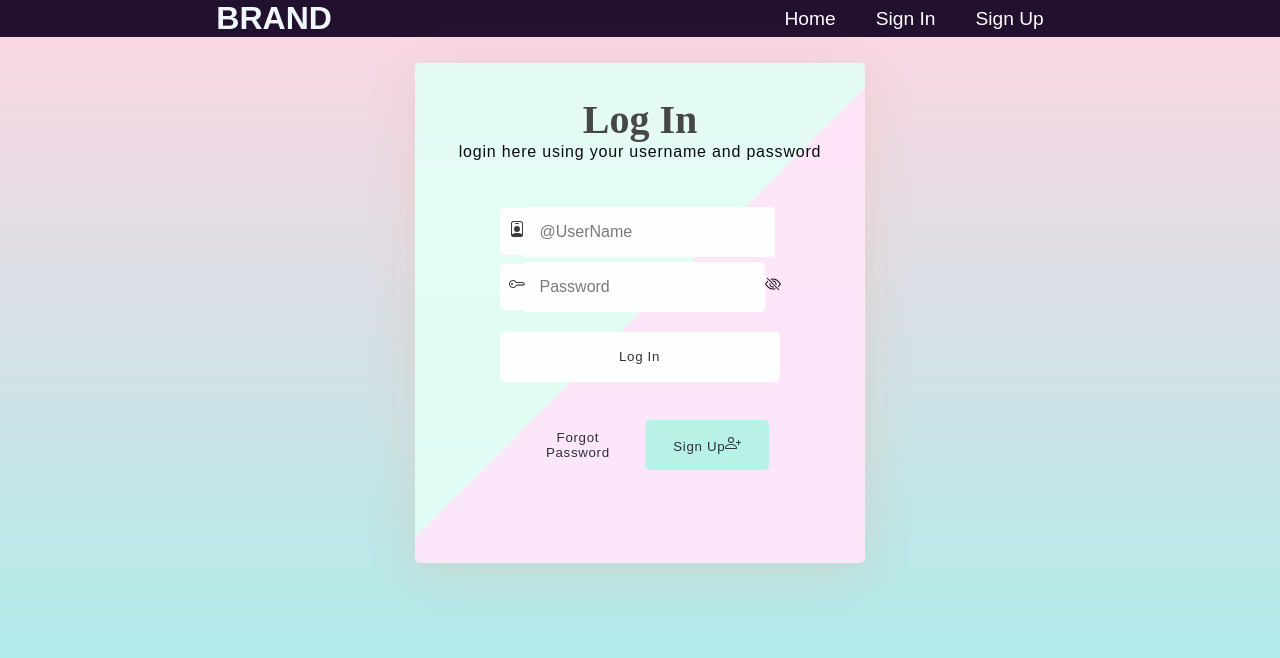
Repository: code-mtaani/ojwang-frontend
Page: /signup
An editor plug-in stored every save of this project. The page is shown before and after the next save, followed by the edit.
The browser window is 1280 px wide. The pictures show the whole page.
The project was rebuilt for these pictures with package versions that can differ from the ones it lists, and the page was loaded fresh each time. Also part of the build but not shown: vite.config.ts, src/Pages/HomePage/Home.pages.tsx, src/Pages/SignIn/SignIn.pages.tsx.

Above is the page before, as saved 2023-02-01 10:19:32.

### src/App.tsx
import { BrowserRouter as Router, Routes, Route } from "react-router-dom";

import Navigation from "./Components/Nav";
import Home from './Pages/HomePage'
import SignIn from "./Pages/SignIn";
import SignUp from "./Pages/SignUp"

function App() {
  return (
    <Router>
      <div className="App">
        <Navigation />
        <Routes>
          <Route path="/" element={<Home />} />
          <Route path="/signin" element={<SignIn/>} />
          <Route path="/signup" element={<SignUp/>} />
        </Routes>
      </div>
    </Router>
  );
}

export default App;

### src/index.css
body {
  margin: 0;
  padding: 0;
  min-width: 320px;
  min-height: 100vh;
  box-sizing: border-box;
}

### src/Components/Nav/index.js
export {default} from './Navigation.component'

### src/Pages/HomePage/index.ts
export { default } from "./Home.pages";

### src/Pages/SignIn/index.ts
export { default } from './SignIn.pages'

### src/Pages/SignUp/index.ts
export {default} from './SignUp.pages'

### src/Components/Nav/Navigation.component.tsx
import React from "react";
import {Link} from "react-router-dom"
import './nav.css'

const Navigation = () => {
  return (
    <nav className="navbar">
      <div className="left">
        <h1><Link to="/"> BRAND </Link></h1>
      </div>

      <div className="right">
        <input type="checkbox" id="check" />
        <label htmlFor="check" className="checkBtn">
          <svg
            xmlns="http://www.w3.org/2000/svg"
            width="30"
            height="30"
            fill="currentColor"
            className="bi bi-justify"
            viewBox="0 0 16 16"
          >
            <path
              fillRule="evenodd"
              d="M2 12.5a.5.5 0 0 1 .5-.5h11a.5.5 0 0 1 0 1h-11a.5.5 0 0 1-.5-.5zm0-3a.5.5 0 0 1 .5-.5h11a.5.5 0 0 1 0 1h-11a.5.5 0 0 1-.5-.5zm0-3a.5.5 0 0 1 .5-.5h11a.5.5 0 0 1 0 1h-11a.5.5 0 0 1-.5-.5zm0-3a.5.5 0 0 1 .5-.5h11a.5.5 0 0 1 0 1h-11a.5.5 0 0 1-.5-.5z"
            />
          </svg>
        </label>

        <ul className="list">
          <li> <Link to="/">Home</Link></li>
          <li> <Link to="/signin">Sign In</Link></li>
          <li> <Link to="signup">Sign Up</Link></li>
        </ul>
      </div>
    </nav>
  );
};

export default Navigation;

### src/Pages/SignUp/SignUp.pages.tsx
import React from "react";
import "./Signup.css";

const SignUp = () => {
  return (
    <div className="overlay">
      <form>
        {/* con = Container  for items in the form */}
        <div className="con">
          {/* <!--     Start  header Content  --> */}
          <header className="head-form">
            <h2>Log In</h2>
            {/* <!--     A welcome message or an explanation of the login form --> */}
            <p>login here using your username and password</p>
          </header>
          {/* End  header Content */}
          <br />
          <div className="field-set">
            {/*user name */}
            <span className="input-item">
              <svg
                xmlns="http://www.w3.org/2000/svg"
                width="16"
                height="16"
                fill="currentColor"
                className="bi bi-person-badge"
                viewBox="0 0 16 16"
              >
                <path d="M6.5 2a.5.5 0 0 0 0 1h3a.5.5 0 0 0 0-1h-3zM11 8a3 3 0 1 1-6 0 3 3 0 0 1 6 0z" />
                <path d="M4.5 0A2.5 2.5 0 0 0 2 2.5V14a2 2 0 0 0 2 2h8a2 2 0 0 0 2-2V2.5A2.5 2.5 0 0 0 11.5 0h-7zM3 2.5A1.5 1.5 0 0 1 4.5 1h7A1.5 1.5 0 0 1 13 2.5v10.795a4.2 4.2 0 0 0-.776-.492C11.392 12.387 10.063 12 8 12s-3.392.387-4.224.803a4.2 4.2 0 0 0-.776.492V2.5z" />
              </svg>
            </span>
            {/* user name Input */}
            <input
              className="form-input"
              id="txt-input"
              type="text"
              placeholder="@UserName"
              required
            />

            <br />

            {/*Password */}

            <span className="input-item">
              <svg
                xmlns="http://www.w3.org/2000/svg"
                width="16"
                height="16"
                fill="currentColor"
                className="bi bi-key"
                viewBox="0 0 16 16"
              >
                <path d="M0 8a4 4 0 0 1 7.465-2H14a.5.5 0 0 1 .354.146l1.5 1.5a.5.5 0 0 1 0 .708l-1.5 1.5a.5.5 0 0 1-.708 0L13 9.207l-.646.647a.5.5 0 0 1-.708 0L11 9.207l-.646.647a.5.5 0 0 1-.708 0L9 9.207l-.646.647A.5.5 0 0 1 8 10h-.535A4 4 0 0 1 0 8zm4-3a3 3 0 1 0 2.712 4.285A.5.5 0 0 1 7.163 9h.63l.853-.854a.5.5 0 0 1 .708 0l.646.647.646-.647a.5.5 0 0 1 .708 0l.646.647.646-.647a.5.5 0 0 1 .708 0l.646.647.793-.793-1-1h-6.63a.5.5 0 0 1-.451-.285A3 3 0 0 0 4 5z" />
                <path d="M4 8a1 1 0 1 1-2 0 1 1 0 0 1 2 0z" />
              </svg>
            </span>
            {/*Password Input */}
            <input
              className="form-input"
              type="password"
              placeholder="Password"
              id="pwd"
              name="password"
              required
            />

            {/*  Show/hide password */}
            <span>
              <svg
                xmlns="http://www.w3.org/2000/svg"
                width="16"
                height="16"
                fill="currentColor"
                className="bi bi-eye-slash"
                viewBox="0 0 16 16"
              >
                <path d="M13.359 11.238C15.06 9.72 16 8 16 8s-3-5.5-8-5.5a7.028 7.028 0 0 0-2.79.588l.77.771A5.944 5.944 0 0 1 8 3.5c2.12 0 3.879 1.168 5.168 2.457A13.134 13.134 0 0 1 14.828 8c-.058.087-.122.183-.195.288-.335.48-.83 1.12-1.465 1.755-.165.165-.337.328-.517.486l.708.709z" />
                <path d="M11.297 9.176a3.5 3.5 0 0 0-4.474-4.474l.823.823a2.5 2.5 0 0 1 2.829 2.829l.822.822zm-2.943 1.299.822.822a3.5 3.5 0 0 1-4.474-4.474l.823.823a2.5 2.5 0 0 0 2.829 2.829z" />
                <path d="M3.35 5.47c-.18.16-.353.322-.518.487A13.134 13.134 0 0 0 1.172 8l.195.288c.335.48.83 1.12 1.465 1.755C4.121 11.332 5.881 12.5 8 12.5c.716 0 1.39-.133 2.02-.36l.77.772A7.029 7.029 0 0 1 8 13.5C3 13.5 0 8 0 8s.939-1.721 2.641-3.238l.708.709zm10.296 8.884-12-12 .708-.708 12 12-.708.708z" />
              </svg>
            </span>

            <br />
            {/*  buttons */}
            {/*button LogIn */}
            <button className="log-in"> Log In </button>
          </div>

          {/* other buttons */}
          <div className="other">
            {/* Forgot Password button */}
            <button className="btn submits frgt-pass">Forgot Password</button>
            {/* Sign Up button */}
            <button className="btn submits sign-up">
              Sign Up
              {/* Sign Up font icon */}
              <svg
                xmlns="http://www.w3.org/2000/svg"
                width="16"
                height="16"
                fill="currentColor"
                className="bi bi-person-plus"
                viewBox="0 0 16 16"
              >
                <path d="M6 8a3 3 0 1 0 0-6 3 3 0 0 0 0 6zm2-3a2 2 0 1 1-4 0 2 2 0 0 1 4 0zm4 8c0 1-1 1-1 1H1s-1 0-1-1 1-4 6-4 6 3 6 4zm-1-.004c-.001-.246-.154-.986-.832-1.664C9.516 10.68 8.289 10 6 10c-2.29 0-3.516.68-4.168 1.332-.678.678-.83 1.418-.832 1.664h10z" />
                <path
                  fillRule="evenodd"
                  d="M13.5 5a.5.5 0 0 1 .5.5V7h1.5a.5.5 0 0 1 0 1H14v1.5a.5.5 0 0 1-1 0V8h-1.5a.5.5 0 0 1 0-1H13V5.5a.5.5 0 0 1 .5-.5z"
                />
              </svg>
            </button>
            {/* End Other the Division */}
          </div>

          {/* End Conrainer */}
        </div>

        {/* End Form */}
      </form>
    </div>
  );
};

export default SignUp;

### src/Components/Nav/nav.css
.navbar{
    background-color: rgb(22,7,36);
    display: flex;
    justify-content: space-around;
    align-items: center;
    /* line-height: 5rem; */
}

.left h1{
    font-size: 2rem;
    cursor: pointer;
}
.left h1 a{
    text-decoration: none;
    color: aliceblue;
}

.checkBtn{
    display: none;
}
#check{
    display: none;
}
.checkBtn{
    cursor: pointer;
    font-size: 30px;
    float: right;
    color: #ed1e79;
    line-height: 88px;
}

.right ul{
    display: flex;
    list-style: none;
}
.right ul li a {
    padding: 10px 20px;
    font-size: 1.2rem;
    color: white;
    cursor: pointer;
    text-decoration: none;
    transition: all 1s;
}

.right ul li a:hover{
    background-color: #fff;
    border-radius: 7px;
    color: rgb(22, 7, 36);
    margin-left: 4px ;
    margin-right: 4px ;
}

/* ================================== Media Queries=================================================== */

@media screen and (max-width:805px){
    .list{
        width: 100%;
        height: 100vh;
        background-color: rgb(22, 7, 36);
        text-align: center;
        display: flex;
        flex-direction: column;
        position: fixed;
        top: 5rem;
        left: 100%;
        transition: all 1s;
    }

    #check{
        display: none;
    }
    .checkBtn{
        display: block;
    }
    #check:checked~ul{
        left: 0%
    }
}

### src/Pages/SignUp/Signup.css

* {
    padding: 0;
    margin: 0;
    box-sizing: border-box;
}
/* End Global rules */

/* Start body rules */
body {
    /* background-image: linear-gradient(-225deg, #E3FDF5 0%, #FFE6FA 100%); */
background-image: linear-gradient(to top, #a8edea 0%, #fed6e3 100%);
background-attachment: fixed;
  background-repeat: no-repeat;

    font-family: 'Vibur', cursive;
/*   the main font */
    font-family: 'Abel', sans-serif;
opacity: .95;
/* background-image: linear-gradient(to top, #d9afd9 0%, #97d9e1 100%); */
}



/* |||||||||||||||||||||||||||||||||||||||||||||*/
/* //////////////////////////////////////////// */




/* End body rules */

/* Start form  attributes */
form {
    width: 450px;
    min-height: 500px;
    height: auto;
    border-radius: 5px;
    margin: 2% auto;
    box-shadow: 0 9px 50px hsla(20, 67%, 75%, 0.31);
    padding: 2%;
    background-image: linear-gradient(-225deg, #E3FDF5 50%, #FFE6FA 50%);
}
/* form Container */
form .con {
    display: -webkit-flex;
    display: flex;

    -webkit-justify-content: space-around;
    justify-content: space-around;

    -webkit-flex-wrap: wrap;
    flex-wrap: wrap;

      margin: 0 auto;
}

/* the header form form */
header {
    margin: 2% auto 10% auto;
    text-align: center;
}
/* Login title form form */
header h2 {
    font-size: 250%;
    font-family: 'Playfair Display', serif;
    color: #3e403f;
}
/*  A welcome message or an explanation of the login form */
header p {letter-spacing: 0.05em;}



/* //////////////////////////////////////////// */
/* //////////////////////////////////////////// */


.input-item {
    background: #fff;
    color: #333;
    padding: 14.5px 0px 15px 9px;
    border-radius: 5px 0px 0px 5px;
}



/* Show/hide password Font Icon */
#eye {
    background: #fff;
    color: #333;

    margin: 5.9px 0 0 0;
    margin-left: -20px;
    padding: 15px 9px 19px 0px;
    border-radius: 0px 5px 5px 0px;

    float: right;
    position: relative;
    right: 1%;
    top: -.2%;
    z-index: 5;

    cursor: pointer;
}
/* inputs form  */
input[class="form-input"]{
    width: 240px;
    height: 50px;

    margin-top: 2%;
    padding: 15px;

    font-size: 16px;
    font-family: 'Abel', sans-serif;
    color: #5E6472;

    outline: none;
    border: none;

    border-radius: 0px 5px 5px 0px;
    transition: 0.2s linear;

}
input[id="txt-input"] {width: 250px;}
/* focus  */
input:focus {
    transform: translateX(-2px);
    border-radius: 5px;
}

/* //////////////////////////////////////////// */
/* //////////////////////////////////////////// */

/* input[type="text"] {min-width: 250px;} */
/* buttons  */
button {
    display: inline-block;
    color: #252537;

    width: 280px;
    height: 50px;

    padding: 0 20px;
    background: #fff;
    border-radius: 5px;

    outline: none;
    border: none;

    cursor: pointer;
    text-align: center;
    transition: all 0.2s linear;

    margin: 7% auto;
    letter-spacing: 0.05em;
}
/* Submits */
.submits {
    width: 48%;
    display: inline-block;
    float: left;
    margin-left: 2%;
}

/*       Forgot Password button FAF3DD  */
.frgt-pass {background: transparent;}

/*     Sign Up button  */
.sign-up {background: #B8F2E6;}


/* buttons hover */
button:hover {
    transform: translatey(3px);
    box-shadow: none;
}

/* buttons hover Animation */
button:hover {
    animation: ani9 0.4s ease-in-out infinite alternate;
}
@keyframes ani9 {
    0% {
        transform: translateY(3px);
    }
    100% {
        transform: translateY(5px);
    }
}

Loaded but not shown: index.html (common file); src/main.tsx (common file)

After the next save:
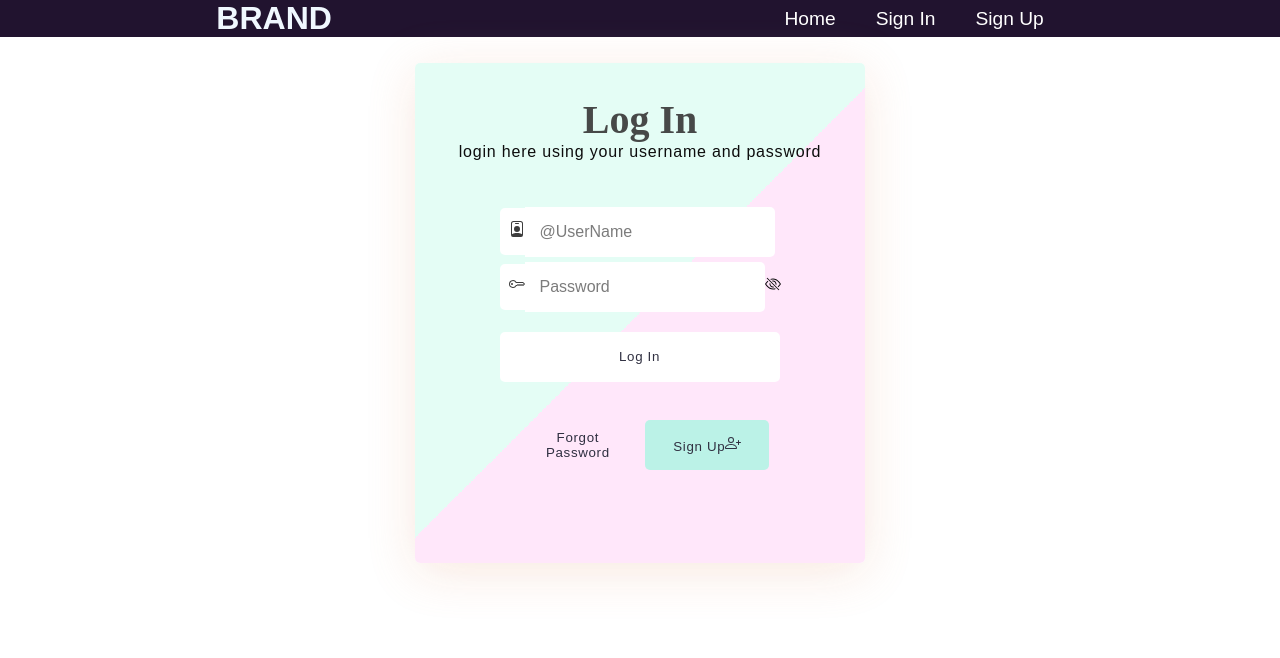
Saved 12 s later.
--- a/src/Pages/SignUp/Signup.css
+++ b/src/Pages/SignUp/Signup.css
@@ -9,7 +9,7 @@
 /* Start body rules */
 body {
     /* background-image: linear-gradient(-225deg, #E3FDF5 0%, #FFE6FA 100%); */
-background-image: linear-gradient(to top, #a8edea 0%, #fed6e3 100%);
+/* background-image: linear-gradient(to top, #a8edea 0%, #fed6e3 100%); */
 background-attachment: fixed;
   background-repeat: no-repeat;
 

After the save that followed:
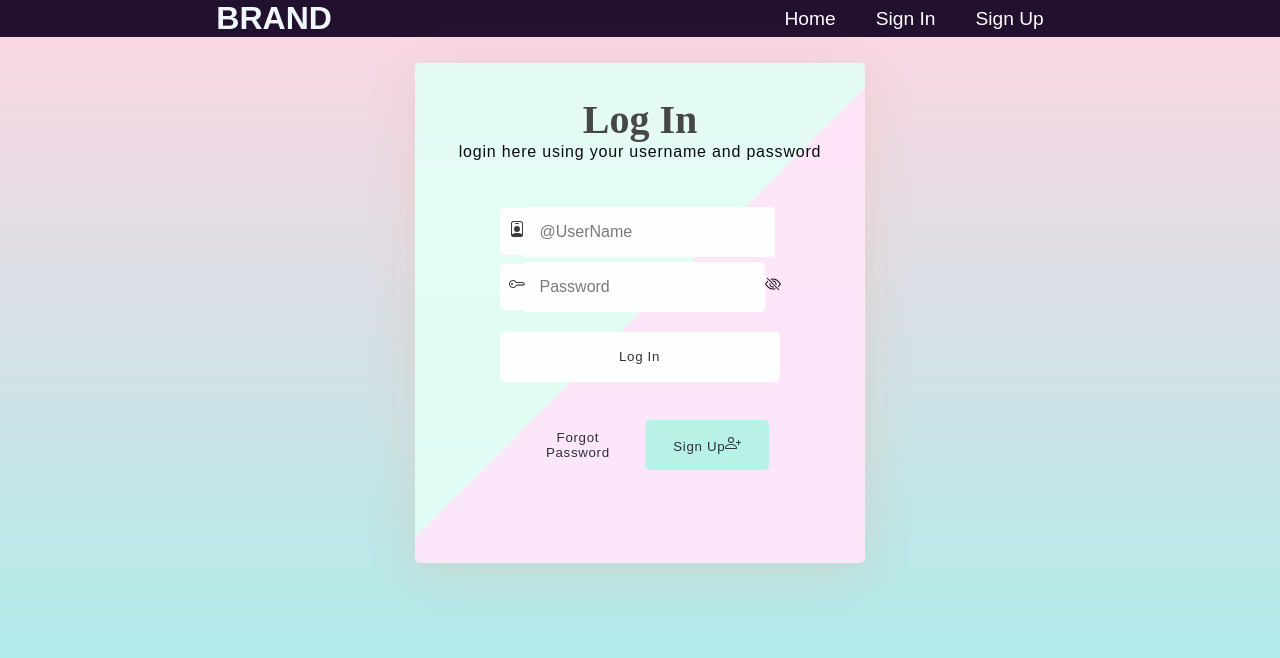
Saved 15 s later.
--- a/src/Pages/SignUp/Signup.css
+++ b/src/Pages/SignUp/Signup.css
@@ -8,8 +8,8 @@
 
 /* Start body rules */
 body {
-    /* background-image: linear-gradient(-225deg, #E3FDF5 0%, #FFE6FA 100%); */
-/* background-image: linear-gradient(to top, #a8edea 0%, #fed6e3 100%); */
+    background-image: linear-gradient(-225deg, #E3FDF5 0%, #FFE6FA 100%);
+background-image: linear-gradient(to top, #a8edea 0%, #fed6e3 100%);
 background-attachment: fixed;
   background-repeat: no-repeat;
 
